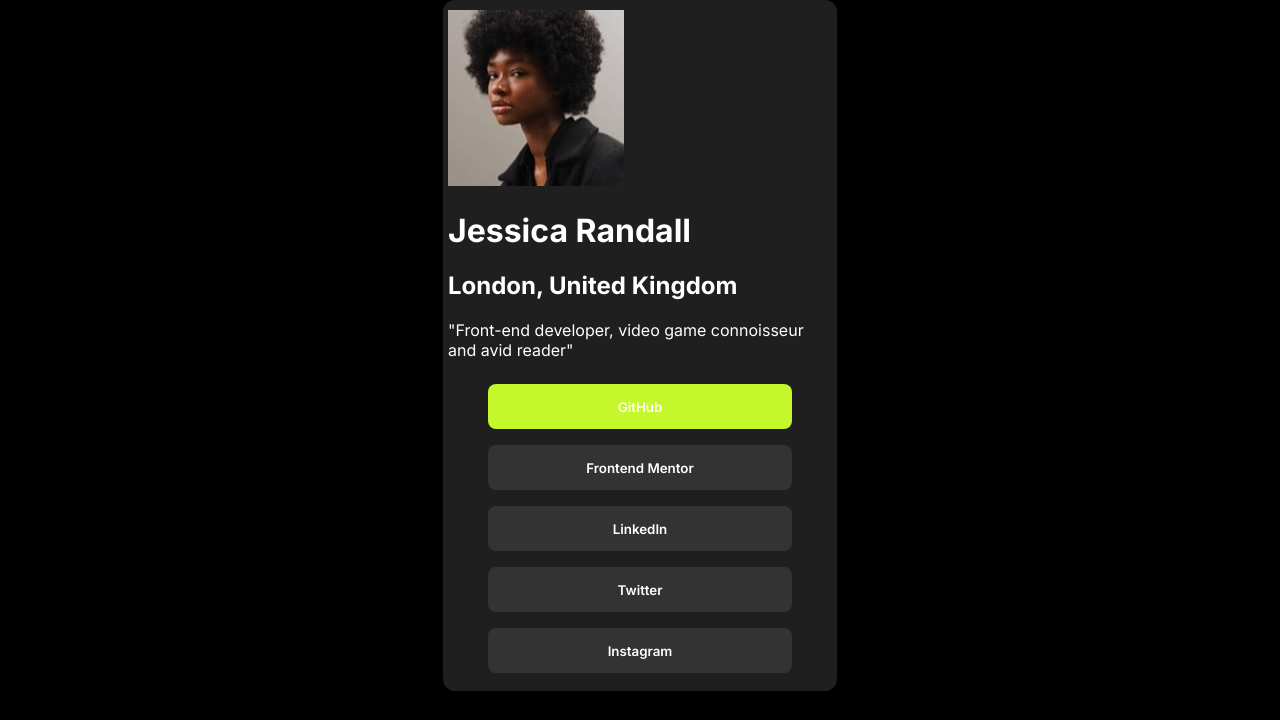
Repository: brandontaylor1/social-links-profile
Page: index.html
These files come from the project's save history. The page is drawn as it stood at one moment and after the next save; the edit follows.
The browser window is 1280 px wide. The pictures show the whole page.
The pointer rests on the first visible `a`.

Above is the page before, as saved 2024-12-25 17:16:08.

After the next save:
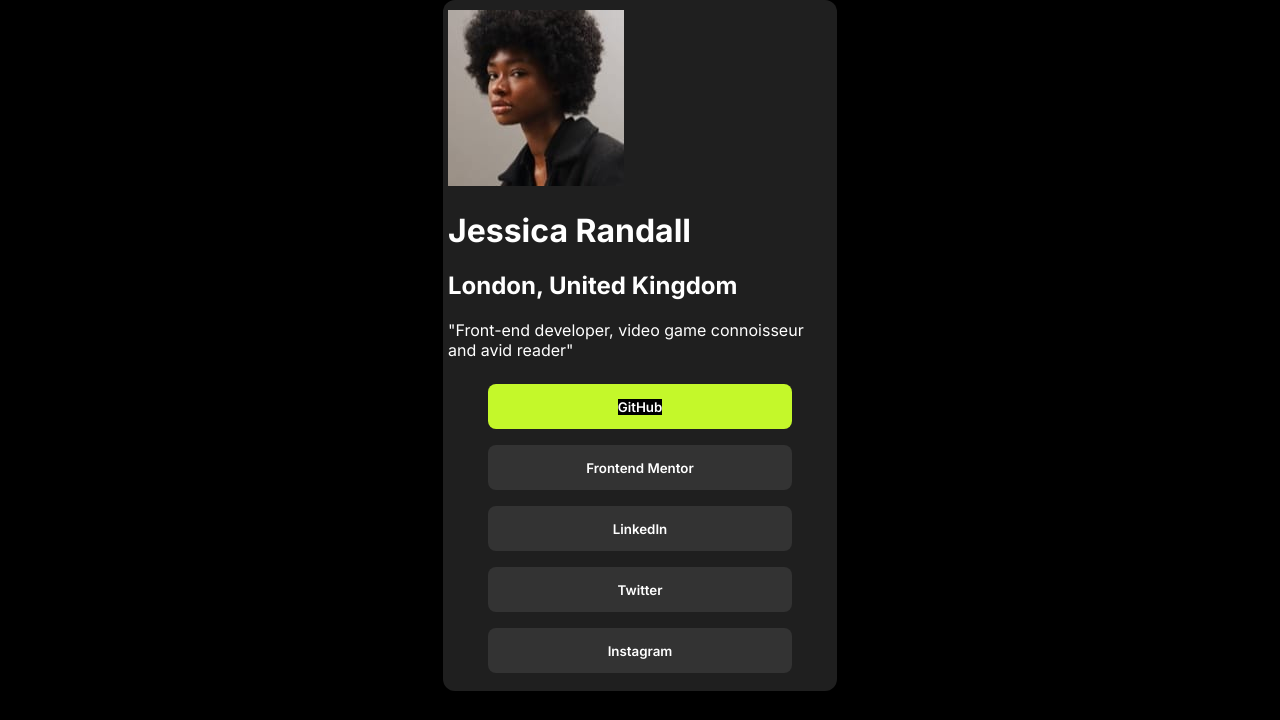
Saved 4 s later.
--- a/styles.css
+++ b/styles.css
@@ -49,7 +49,7 @@ a {
 }
 
 a:hover {
-    background-color: ;
+    background-color: #000000;
 }
 
 .social-link-button {
